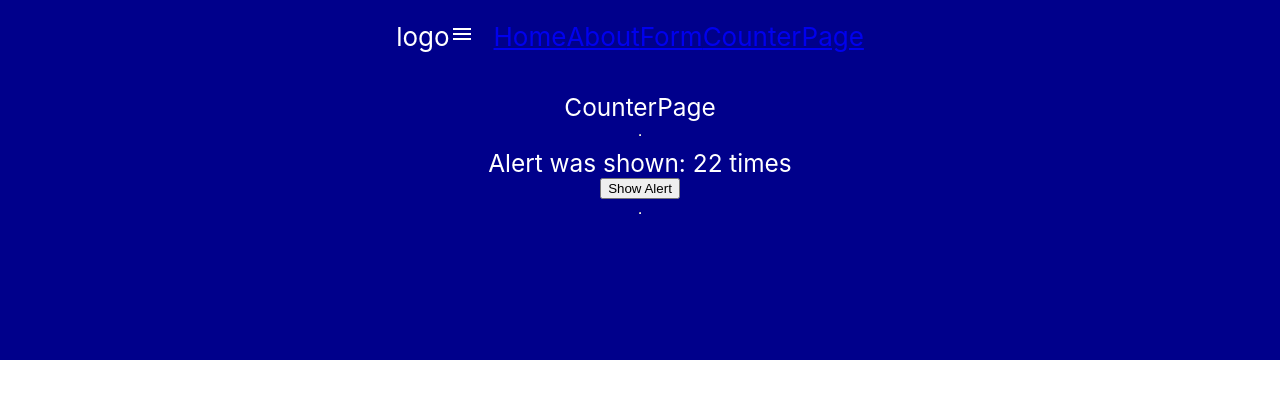
Repository: OutcomerTom/my-app
Page: /CounterPage
These files come from the project's save history. The page is drawn as it stood at one moment and after the next save; the edit follows.
The browser window is 1280 px wide. The pictures show the whole page.
The project was rebuilt for these pictures with package versions that can differ from the ones it lists, and the page was loaded fresh each time. Also part of the build but not shown: src/InputForm/InputForm.tsx, src/InputForm/index.ts, src/FormPage/FormPage.tsx, src/HomePage/HomePage.tsx.

Above is the page before, as saved 2022-05-31 00:24:46.

### src/App.tsx
import React from "react";
import { Routes, Route } from "react-router-dom";
import { FormPage } from "./FormPage";
import { HomePage } from "./HomePage";
import { CounterPage } from "./Counter";
import { Navigation } from "./Navigation";
import { routesPaths } from "./routes";
import "./App.css";

function App() {
  return (
    <div className="App">
      <Navigation />
      <Routes>
        <Route path={"/"} element={<HomePage />} />
        <Route path={"*"} element={<div>404</div>} />
        <Route path={`/${routesPaths.about}`} element={<div>About</div>} />
        <Route path={"/CounterPage"} element={<CounterPage />} />
        <Route path={"/form"} element={<FormPage />} />
      </Routes>
    </div>
  );
}

export default App;

### src/FormPage/index.ts
export { FormPage } from "./FormPage";

### src/Counter/index.ts
export { CounterPage } from "./CounterPage";

### src/routes/index.ts
export const routesPaths = {
  about: "about",
};

### src/App.css
.App {
  display: flex;
  flex-direction: column;
  text-align: center;
  background-color: darkblue;
  font-size: calc(10px + 2vmin);
  color: white;
  min-height: 50vh;
  align-items: center;
}

@media (max-width: 1240px) {
  .app {
    flex-direction: row;
  }
}

.app-logo {
  height: 40vmin;
  pointer-events: none;
}

@media (prefers-reduced-motion: no-preference) {
  .app-logo {
    animation: App-logo-spin infinite 20s linear;
  }
}

.app-link {
  color: yellowgreen;
  padding: 10px 20px;
}

### src/Counter/CounterPage.tsx
import React, { useState, useEffect } from "react";

export const CounterPage = () => {
  const [counter, setCounter] = useState<number>(0);

  const handleShowAlert = (value: number): void => {
    alert("Helllo react");
    setCounter(counter + 1);
  };
  useEffect(() => {
    setCounter(22);
  }, []);

  return (
    <>
      <div>CounterPage</div>
      <hr />
      <div>{`Alert was shown: ${counter} times`}</div>
      <button onClick={() => handleShowAlert(22)}>Show Alert</button>
      <hr />
    </>
  );
};

### src/Navigation/Navigation.tsx
import { Link } from "react-router-dom";
import React, { useState } from "react";
import MenuIcon from "@mui/icons-material/Menu";
import { routesPaths } from "../routes";
import "./styles.css";

export const Navigation = () => {
  const [navigationVisible, setNavigationVisible] = useState<boolean>(true);
  const handleShowMobileNav = () => {
    setNavigationVisible(!navigationVisible);
  };

  return (
    <div className="Navigation">
      <div>
        logo
        <MenuIcon onClick={handleShowMobileNav} className="Navigation-mobile" />
      </div>
      {navigationVisible && (
        <div className="Navigation-links">
          <Link className="App-link" to={"/"}>
            Home
          </Link>
          <Link className="App-link" to={`/${routesPaths.about}`}>
            About
          </Link>
          <Link className="App-link" to={"/form"}>
            Form
          </Link>
          <Link className="App-link" to={"/CounterPage"}>
            CounterPage
          </Link>
        </div>
      )}
    </div>
  );
};

### src/Navigation/styles.css
.Navigation {
  min-height: 10vh;
  display: flex;
  flex-direction: row;
  align-items: center;
  justify-content: center;
  font-size: 26px;
  color: white;
  margin-bottom: 20px;
}

.Navigation-links {
  display: flex;
  flex-direction: row;
  padding: 10px 20px;
}

.Navigation-mobile {
  display: none;
}

@media (max-width: 996px) {
  .Navigation {
    flex-direction: column;
  }
  .Navigation-links {
    flex-direction: column;
  }
  .Navigation-mobile {
    display: none;
  }
}
@media (max-width: 375px) {
  .Navigation {
    flex-direction: column;
  }
  .Navigation-links {
    flex-direction: column;
  }
  .Navigation-mobile {
    display: inline;
  }
}

Loaded but not shown: public/index.html (common file); src/index.tsx (common file); src/index.css (common file); src/reportWebVitals.ts (common file); src/HomePage/index.ts (common file); src/Navigation/index.ts (common file)

After the next save:
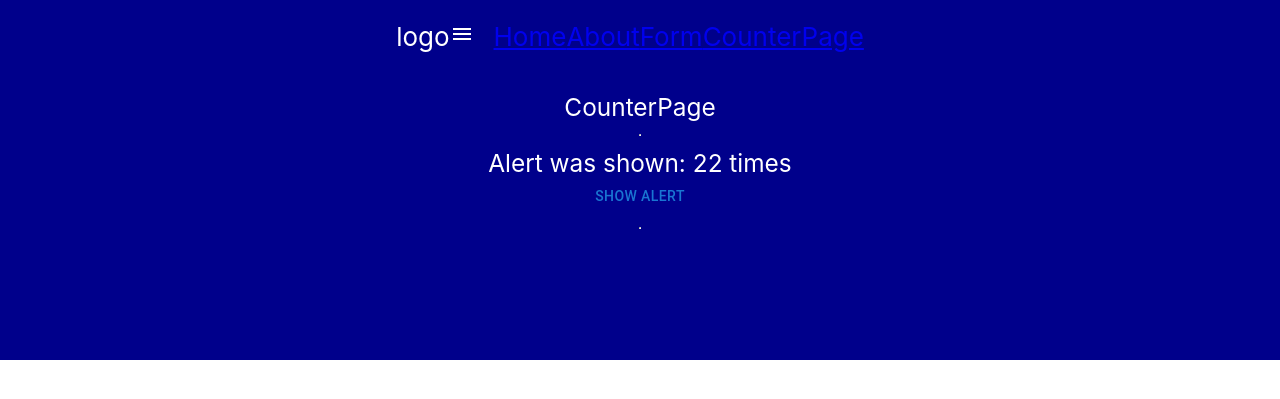
Saved 47 s later.
--- a/src/Counter/CounterPage.tsx
+++ b/src/Counter/CounterPage.tsx
@@ -1,4 +1,5 @@
 import React, { useState, useEffect } from "react";
+import Button from "@mui/material/Button";
 
 export const CounterPage = () => {
   const [counter, setCounter] = useState<number>(0);
@@ -16,7 +17,7 @@ export const CounterPage = () => {
       <div>CounterPage</div>
       <hr />
       <div>{`Alert was shown: ${counter} times`}</div>
-      <button onClick={() => handleShowAlert(22)}>Show Alert</button>
+      <Button onClick={() => handleShowAlert(22)}>Show Alert</Button>
       <hr />
     </>
   );
